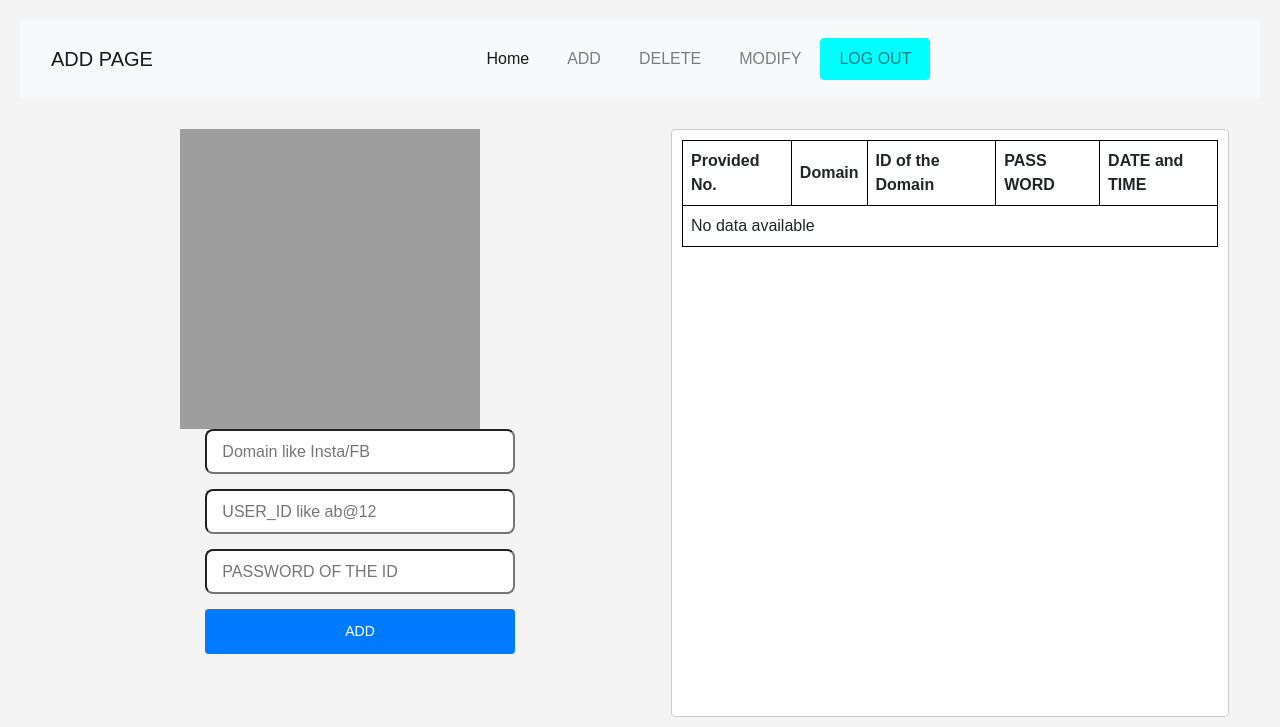
Repository: wizzy-abhishek/Projects
Page: http://localhost/Iam_Doing/Delete.jsp
An editor plug-in stored every save of this project. The page is shown before and after the next save, followed by the edit.
The browser window is 1280 px wide. The pictures show the whole page.
Pictures or frames that could not be fetched are drawn as grey boxes. Some web libraries are served in a nearby version. The page is served by Tomcat 10. Nobody is signed in. The application's start-up code is not run.

Above is the page before, as saved 2024-06-28 17:40:19.

After the next save:
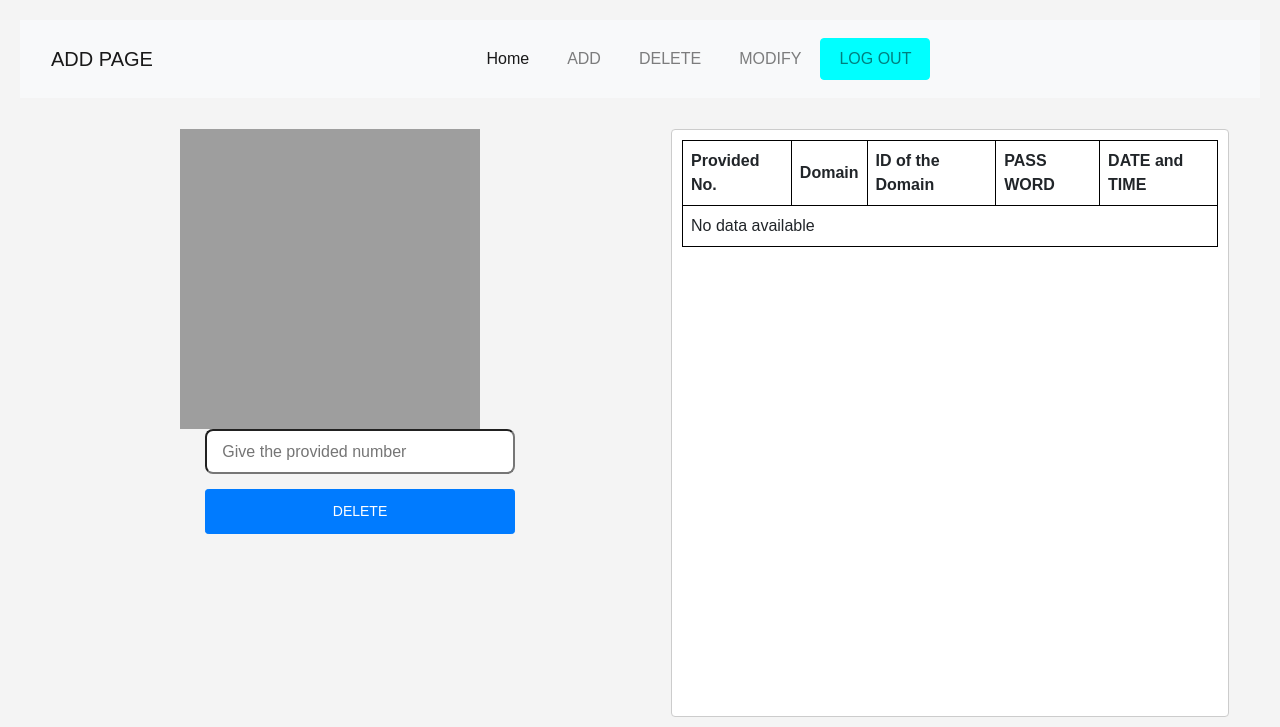
Saved 87 s later.
--- a/Iam_Doing/src/main/webapp/Delete.jsp
+++ b/Iam_Doing/src/main/webapp/Delete.jsp
@@ -147,16 +147,10 @@
 
     <form action="Complete_Delete" method="post">
         <div class="form-group">
-            <input type="text" name="Domain" placeholder=" &nbsp Domain like Insta/FB" required style="width: 310px; height: 45px; margin: 0 auto;">
+            <input type="text" name="Domain" placeholder=" &nbsp Give the provided number " required style="width: 310px; height: 45px; margin: 0 auto;">
         </div>
         <div class="form-group">
-            <input type="text" name="UserId_of_Domain" placeholder=" &nbsp USER_ID like ab@12" required  style="width: 310px; height: 45px; margin: 0 auto;">
-        </div>
-        <div class="form-group">
-            <input type="text" name="Password_of_User_ID" placeholder=" &nbsp PASSWORD OF THE ID" required  style="width: 310px; height: 45px; margin: 0 auto;">
-        </div>
-        <div class="form-group">
-            <button type="submit" class="btn btn-primary btn-sm"  style="width: 310px; height: 45px; margin: 0 auto;">ADD</button>
+            <button type="submit" class="btn btn-primary btn-sm"  style="width: 310px; height: 45px; margin: 0 auto;">DELETE</button>
         </div>
     </form>
 </div>
